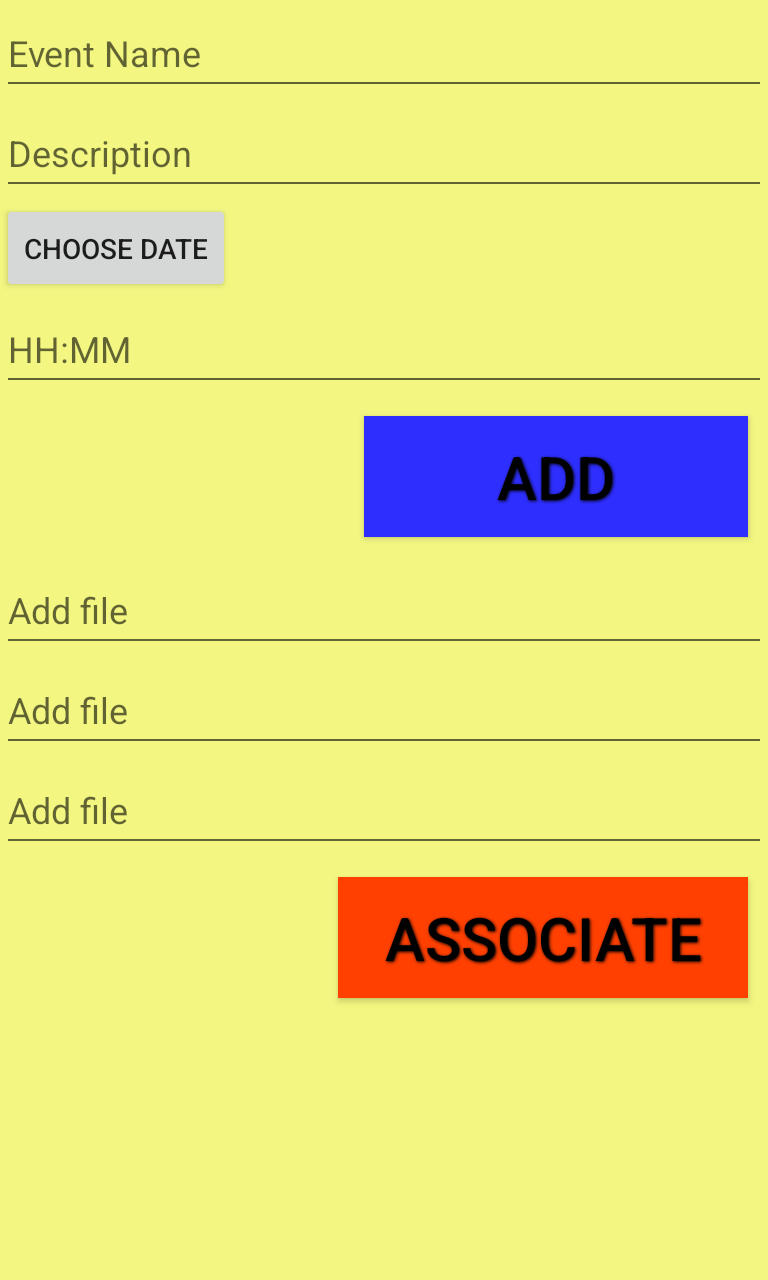
Repository: bluenavy/requirements
Layout: workspace/RetentionScheduler/res/layout/create_event.xml
The author's editor kept a copy of each file at every save. The layout is drawn from the files as they stood at one save, then again after the next save.
It is drawn on a 768 x 1280 px phone screen (xhdpi) without system bars, with theme AppTheme; the app's code is not run.

Above is the layout before, as saved 2015-03-19 21:48:57.

After the next save:
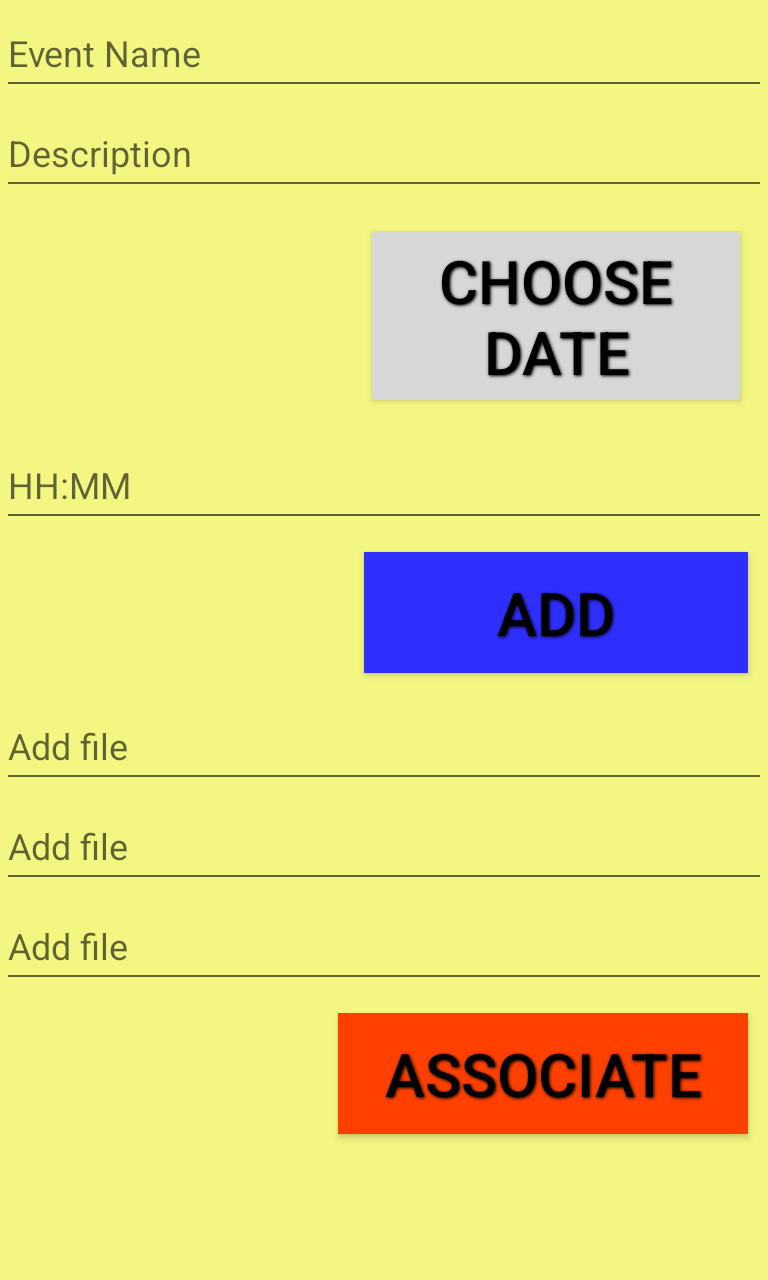
Saved 81 s later.
--- a/workspace/RetentionScheduler/res/layout/create_event.xml
+++ b/workspace/RetentionScheduler/res/layout/create_event.xml
@@ -21,8 +21,13 @@
 	    android:hint="@string/hint_desc"/>
 
     <Button android:id="@+id/myDatePickerButton"
-        android:layout_width="wrap_content"
+        style="@style/ButtonText"
+        android:layout_width="192dp"
         android:layout_height="wrap_content"
+      	android:layout_gravity="end"
+        android:textColor="#000000"
+        android:padding="10dp"
+        android:onClick="onClick"
         android:text="Choose Date"/>
 
     <EditText
